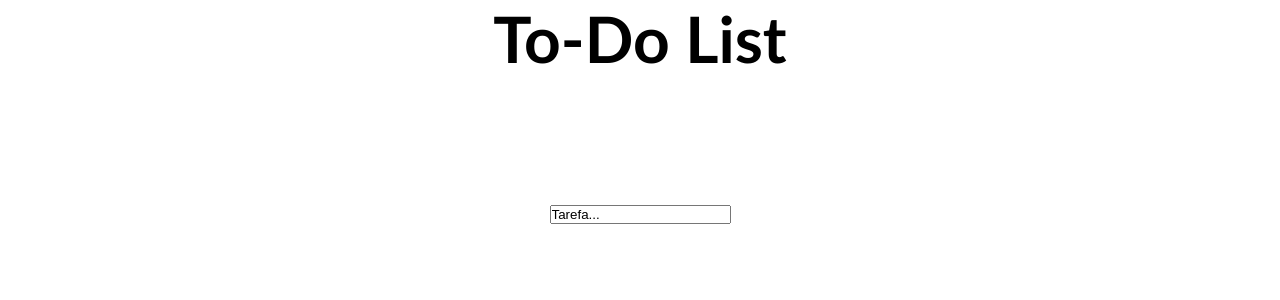
Repository: PetersonAntonyDev/python-flask-
Page: index.html
The author's editor kept a copy of each file at every save. The page is drawn from the files as they stood at one save, then again after the next save.
The browser window is 1280 px wide. The pictures show the whole page.

Above is the page before, as saved 2022-07-26 10:04:00.

### index.html
<!DOCTYPE html>
<html lang="en">
<head>
    <meta charset="UTF-8">
    <meta http-equiv="X-UA-Compatible" content="IE=edge">
    <meta name="viewport" content="width=device-width, initial-scale=1.0">
    <link rel="stylesheet" href="/style.css">
    <title>To-Do LIst</title>
</head>
<body>
    <header>
        <h1>To-Do List</h1>
    </header>
    <main>
        <form action="" method="get">
            <input type="text" name="task" id="task" value="Tarefa...">
        </form>
    </main>
</body>
</html>

### style.css
* {
    margin: 0;
    padding: 0;
}

body{
    display: flex;
    justify-content: center;
    align-items: center;
    flex-direction: column;
}

header {
    margin-bottom: 10%;
    font-family: 'Gill Sans', 'Gill Sans MT', Calibri, 'Trebuchet MS', sans-serif;
    font-size: 2rem;
}

After the next save:
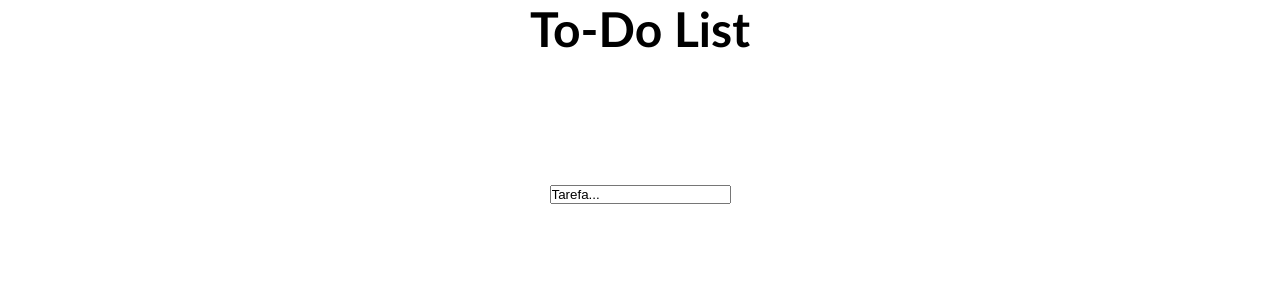
Saved 5 s later.
--- a/style.css
+++ b/style.css
@@ -13,5 +13,5 @@ body{
 header {
     margin-bottom: 10%;
     font-family: 'Gill Sans', 'Gill Sans MT', Calibri, 'Trebuchet MS', sans-serif;
-    font-size: 2rem;
+    font-size: 1.5rem;
 }
